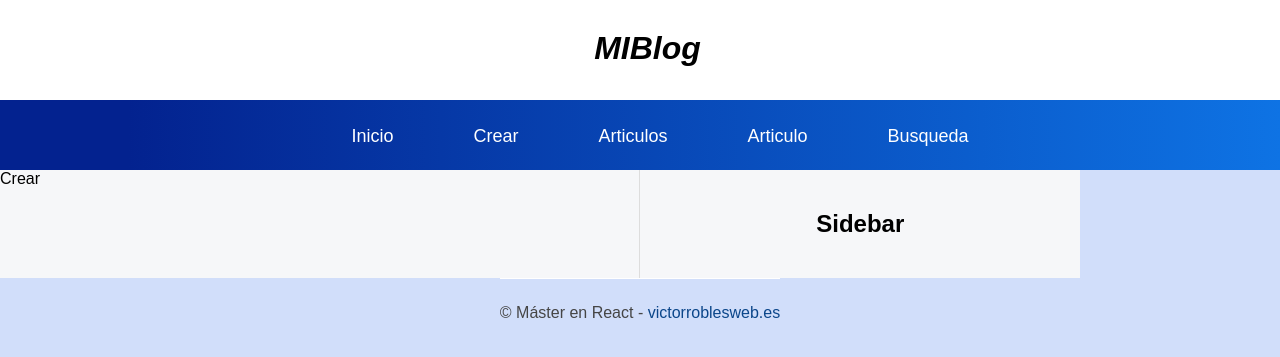
Repository: DamianBermudez94/frondEnd-blog
Page: /crear
These files come from the project's save history. The page is drawn as it stood at one moment and after the next save; the edit follows.
The browser window is 1280 px wide. The pictures show the whole page.
The project was rebuilt for these pictures with package versions that can differ from the ones it lists, and the page was loaded fresh each time. Also part of the build but not shown: vite.config.js, src/components/pages/Inicio.jsx, src/components/pages/Busqueda.jsx, src/helper/Global.jsx, src/helper/Peticion.jsx, src/components/pages/Listado.jsx, src/components/pages/Articulos.jsx, src/components/pages/Articulo.jsx.

Above is the page before, as saved 2023-08-14 18:41:53.

### index.html
<!doctype html>
<html lang="es">
  <head>
    <meta charset="UTF-8" />
    <link rel="icon" type="image/svg+xml" href="/vite.svg" />
    <meta name="viewport" content="width=device-width, initial-scale=1.0" />
    <title>Proyecto-blog</title>
  </head>
  <body>
    <div id="root"></div>
    <script type="module" src="/src/main.jsx"></script>
  </body>
</html>

### src/main.jsx

import ReactDOM from 'react-dom/client'
import App from './App.jsx'
import './index.css'

ReactDOM.createRoot(document.getElementById('root')).render(

    <App />

)

### src/App.jsx
import { Rutas } from "./router/rutas"



function App() {


  return (
    <div className="layout">
      <Rutas></Rutas>
    </div>
  )
}

export default App

### src/index.css
/*:root {
  font-family: Inter, system-ui, Avenir, Helvetica, Arial, sans-serif;
  line-height: 1.5;
  font-weight: 400;

  color-scheme: light dark;
  color: rgba(255, 255, 255, 0.87);
  background-color: #242424;

  font-synthesis: none;
  text-rendering: optimizeLegibility;
  -webkit-font-smoothing: antialiased;
  -moz-osx-font-smoothing: grayscale;
  -webkit-text-size-adjust: 100%;
}

a {
  font-weight: 500;
  color: #646cff;
  text-decoration: inherit;
}
a:hover {
  color: #535bf2;
}

body {
  margin: 0;
  display: flex;
  place-items: center;
  min-width: 320px;
  min-height: 100vh;
}

h1 {
  font-size: 3.2em;
  line-height: 1.1;
}

button {
  border-radius: 8px;
  border: 1px solid transparent;
  padding: 0.6em 1.2em;
  font-size: 1em;
  font-weight: 500;
  font-family: inherit;
  background-color: #1a1a1a;
  cursor: pointer;
  transition: border-color 0.25s;
}
button:hover {
  border-color: #000bdb;
}
button:focus,
button:focus-visible {
  outline: 4px auto -webkit-focus-ring-color;
}

@media (prefers-color-scheme: light) {
  :root {
    color: #213547;
    background-color: #ffffff;
  }
  a:hover {
    color: #000dff;
  }
  button {
    background-color: #f9f9f9;
  }
}*/


/*ESTILOS GENERALES*/

body{
  background: #d1defa;
  font-family: sans-serif, Arial, Helvetica;
  text-align: center;
  padding: 0px;
  margin: 0px;
  box-sizing: border-box;

}

.layout{
  display: grid;
  grid-template-areas:
      "header header header header"
      "nav nav nav nav"
      "content content content lateral"
      "footer footer footer footer"
  ;
  grid-template-rows: 100px 70px auto 70px;
}

/*ESTILOS CABECERA*/

.header{
  grid-area: header;
  width: 100%;
  background: white;
  text-align: left;
  font-style: italic;

  display: flex;
  justify-content: center;
}



.header h1{
  margin-left: 15px;
  margin-top: 30px;
}

/*ESTILOS DE LA BARRA DE NAVEGACIÓN*/

.nav{
  grid-area: nav;
  background: linear-gradient(90deg, #03228f 10%, #0e73e4 100%);
}

.nav > ul {
  display: flex;
  justify-content: center;
  align-items: center;
  list-style: none;
}

.nav li{
  padding: 10px;
}

.nav a {
  display: block;
  margin-left: 30px;
  margin-right: 30px;
  font-size: 18px;
  font-weight: lighter;
  color: white;
  text-decoration: none;
  transition: all 300ms;
}

.nav a:hover{
  transform: scale(1.1, 1.1);
}

/*ESTILOS PARA EL CONTENIDO PRINCIPAL*/

.content{

  grid-area: content;
  background: #f6f7f9;
  display: flex;
  flex-flow: wrap;
  justify-content: flex-start;
  align-items: initial;
  flex-grow: 1;
}
.jumbo{
  width: 85%;
  height: 80%;
  padding-top: 20px;
  display: flex;
  background-color: #ddd;
  justify-content: center;
  align-items: center;
  flex-direction: column;
  border-radius: 5px;
  box-shadow: 1px 0px 10px 0px #6e6e6e;
  margin: 30px auto;
}
.articulo-item{
  flex-grow: 1;
  background: white;
  border-radius: 10px;
  box-shadow: 0px 0px 6px #ddd;
  margin: 20px;
  padding-top: 60px;
  padding-bottom: 60px;
  padding-left: 25px;
  padding-right: 25px;
  display: flex;
  justify-content: center;
  align-items: center;
  max-height: 225px;
}
.articulo-img img{
  width: 500px;
  overflow: hidden;
}
.articulo-item .edit{
  margin-right: 7px;
}
.articulo-datos{
  text-align: left;
}
.title-articulo{
  font-size: 25px;

}
.button,
button,
input[type="submit"],
input[type="button"]{
  width: 100px;
  background: #0b70e1;
  color: white;
  border: 0;
  outline: 0;
  padding:15px;
  border-radius: 3px;
  margin-top:15px;
  text-transform: capitalize;
  font-size: 16px;
  font-weight: 500;
  cursor: pointer;
  transition: all 300ms;
}
.articulo-borrar{
  margin-right: 20px;
}
.articulo-item .articulo-borrar:hover{

  background: #9b0202;
}

.articulo-item .articulo-editar:hover{
  background: #e77b00;
}

/*ESTILOS BARRA LATERAL*/

.lateral{
  width: 400px;
  grid-area: lateral;
  background: #f6f7f9;
  border-left: 1px solid #ddd;
  padding: 20px;
}

.lateral > div{
  box-sizing: border-box;
  width: 90%;
  margin: 20px;
  padding: 20px;
  padding-top: 10px;
  background: white;
  border-radius: 10px;
  box-shadow: 0px 0px 6px #ddd;
}

.lateral input[type="text"],
.lateral input[type="text"],
.lateral textarea,
.edit_form input[type="text"],
.edit_form input[type="text"],
.edit_form textarea
{
  display: block;
  margin: 0 auto;
  margin-top: 15px;
  padding: 12px;
  border-radius: 5px;
  background: #f6f7f9;
  color: #454545;
  width: 80%;
  max-width: 250px;
  min-width: 250px;
  min-height: 30px;
  max-height: 250px;
  opacity: 4;
  outline: 0;
  border-color: transparent;
}
.no-encontrado{
  color: #9b0202;
}
.edit_form{
  border-top: 1px solid #ddd;
  margin-top: 10px;
}

/*ESTILOS PARA EL PIE DE PÁGINA*/
.footer{
  max-height: 300px;
  grid-area: footer;
  margin: 0 auto;
  background-color: #d1defa;
  color: #454545;
  border-top: 1px solid white;

  line-height: 68px;

}

.footer a{
  color: #0b468a;
  text-decoration: none;
}

@media (max-width: 1085px){
  .content {
      flex-flow: column wrap;
      justify-content: center;
      align-items: center;
  }

  .articulo-item{
      width: 80%;
  }
}

### src/router/rutas.jsx

import { BrowserRouter, Routes, Route } from "react-router-dom";
import { Inicio } from "../components/pages/Inicio";
import { Busqueda } from "../components/pages/Busqueda";
import { Crear } from "../components/pages/Crear";
import Articulos from "../components/pages/Articulos";
import { Articulo } from "../components/pages/Articulo";
import { Header } from "../components/layout/Header";
import { Nav } from "../components/layout/Nav";
import { Footer } from "../components/layout/Footer";
import { Sidebar } from "../components/layout/Sidebar";


export const Rutas = ()=>{

    return(

        <BrowserRouter>
            {/*Layout*/}
            <Header></Header>
            <Nav></Nav>
            {/*Contenido principal y rutas*/}
            <section id="content" className="content">
                <Routes>
                    <Route path="/" element={<Inicio/>}/>
                    <Route path="/inicio" element={<Inicio/>}/>
                    <Route path="/busqueda" element={<Busqueda/>}/>
                    <Route path="/crear" element={<Crear/>}/>
                    <Route path="/articulos" element={<Articulos/>}/>
                    <Route path="/articulo" element={<Articulo/>}/>
                </Routes>
            </section>
            <Sidebar/>
            <Footer></Footer>
        </BrowserRouter>

    )

}

### src/components/pages/Crear.jsx
import React from 'react'

export const Crear = () => {
  return (
    <div>Crear</div>
  )
}

### src/components/layout/Header.jsx
import React from 'react'

export const Header = () => {
  return (

         <header className="header">
            <h1>MIBlog</h1>
        </header>

  )
}

### src/components/layout/Nav.jsx
import React from 'react'
import { NavLink } from 'react-router-dom'

export const Nav = () => {
  return (

           <nav className="nav">
            <ul>
                <li><NavLink to="/#">Inicio</NavLink></li>
                <li><NavLink to="/crear">Crear</NavLink></li>
                <li><NavLink to="/articulos">Articulos</NavLink></li>
                <li><NavLink to="/articulo">Articulo</NavLink></li>
                <li><NavLink to="/busqueda">Busqueda</NavLink></li>

            </ul>
        </nav>

  )
}

### src/components/layout/Footer.jsx
import React from 'react'

export const Footer = () => {
  return (

         <footer className="footer">
            &copy; Máster en React - <a href="https://victorroblesweb.es">victorroblesweb.es</a>
        </footer>

  )
}

### src/components/layout/Sidebar.jsx
import React from 'react'

export const Sidebar = () => {
  return (
        <aside className="lateral">

            <h1>Sidebar</h1>

        </aside>

  )
}

After the next save:
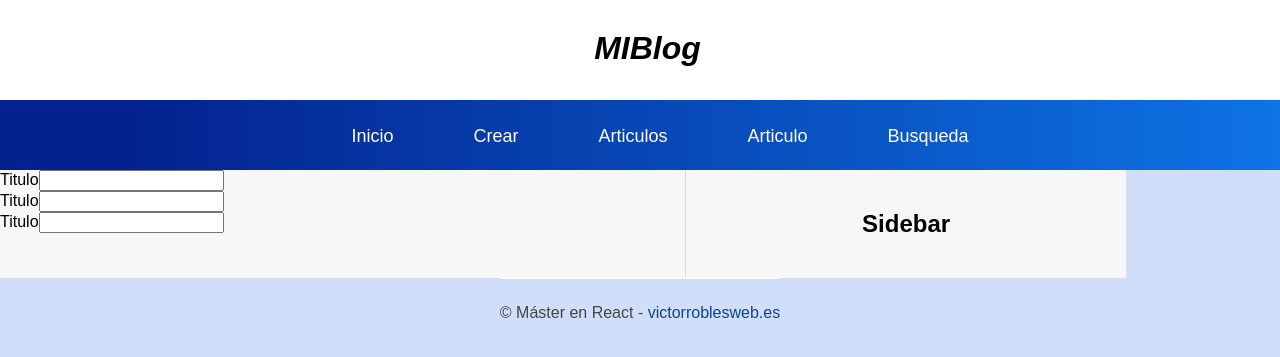
Saved 13 min 39 s later.
--- a/src/components/pages/Crear.jsx
+++ b/src/components/pages/Crear.jsx
@@ -1,7 +1,22 @@
-import React from 'react'
+import React from "react";
 
 export const Crear = () => {
   return (
-    <div>Crear</div>
-  )
-}
+    <div>
+      <form action="">
+        <div className="grup-form">
+          <label htmlFor="">Titulo</label>
+          <input type="text" />
+        </div>
+        <div className="grup-form">
+          <label htmlFor="">Titulo</label>
+          <input type="text" />
+        </div>
+        <div className="grup-form">
+          <label htmlFor="">Titulo</label>
+          <input type="text" />
+        </div>
+      </form>
+    </div>
+  );
+};
